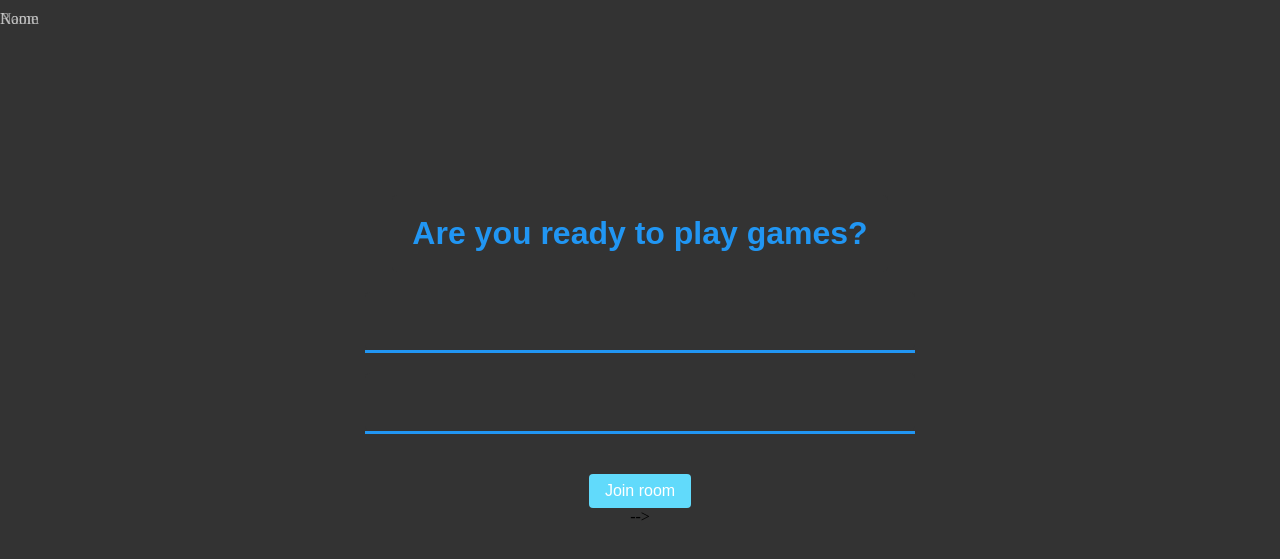
Repository: rektyyy/henhouse
Page: client/index.html
An editor plug-in stored every save of this project. The page is shown before and after the next save, followed by the edit.
The browser window is 1280 px wide. The pictures show the whole page.

Above is the page before, as saved 2023-12-30 10:30:02.

### client/index.html
<!DOCTYPE html>
<html lang="en">

<head>
    <meta name="viewport" content="width=device-width, initial-scale=1.0">
    <title>Cool Start Page</title>
    <link rel="stylesheet" type="text/css" href="styles_index.css">
</head>

<body>
    <h1>Are you ready to play games?</h1>
    <div class="centered">
        <div class="group1">
            <input type="text" id="name" required>
            <label for="name">Name</label>
            <div class="bar"></div>
        </div>
    </div>


    <div class="centered">
        <div class="group2">
            <input type="text" id="room" required>
            <label for="name">Room</label>
            <div class="bar"></div>
        </div>
    </div>
    <button id="button_room" type="submit">Join room</button> -->

    <script type="text/javascript" src="index.js"></script>
</body>

</html>

### client/styles_index.css
* {
  box-sizing: border-box;
}

body {
  background: #333;
  display: flex;
  flex-direction: column;
  align-items: center;
  justify-content: center;
  min-height: 100vh;
  margin: 0;
  padding: 0;
}

h1 {
  font-family: "Arial", sans-serif;
  text-align: center;
  color: #2196f3;
  padding: 20px;
  background-color: #333;
  margin-top: 0;
  margin-bottom: 20px;
  border-radius: 5px;
}

button {
  padding: 0.5rem 1rem;
  font-size: 1rem;
  border: none;
  border-radius: 0.25rem;
  background-color: #61dafb;
  color: #fff;
  cursor: pointer;
  outline: none;
  margin-top: 20px;
}

button:hover {
  background-color: #4fa3d1;
}

.centered {
  width: 100%;
  max-width: 550px;
  margin-bottom: 20px;
}

.group {
  width: 100%;
  margin-bottom: 10px;
  position: relative;
}

label {
  color: rgba(255, 255, 255, 0.5);
  font-size: 1rem;
  position: absolute;
  top: 10px;
  left: 0;
  transition: 0.25s ease;
}

input {
  width: 100%;
  padding: 20px 10px;
  border: none;
  border-radius: 5px;
  color: white;
  background: #333;
  font-size: 1rem;
  margin-bottom: 5px;
}

input:focus {
  outline: none;
}

input:focus + label,
input:valid + label {
  top: -20px;
  font-size: 0.8rem;
  color: #2196f3;
}

.bar {
  height: 3px;
  background: #2196f3;
  margin-top: -5px;
}

### client/index.js
const input_room = document.getElementById('input_room');
const button_room = document.getElementById('button_room');

// Joins room
button_room.addEventListener('click', () => {
    if (input_room.value) {
        currentRoomId = input_room.value;
        input_room.value = '';
        window.location.href = `/game.html?room=${currentRoomId}`;
    }
});

After the next save:
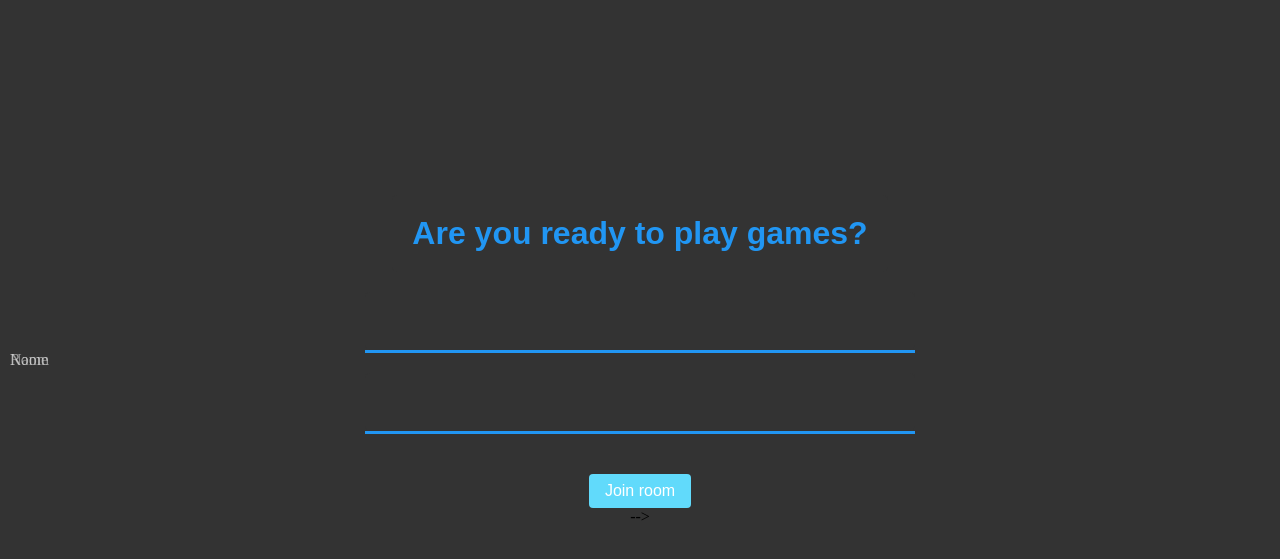
Saved 2 min 34 s later.
--- a/client/styles_index.css
+++ b/client/styles_index.css
@@ -56,21 +56,24 @@ label {
   color: rgba(255, 255, 255, 0.5);
   font-size: 1rem;
   position: absolute;
-  top: 10px;
-  left: 0;
+  top: 50%; /* Center vertically */
+  left: 10px; /* Align with the input text padding */
+  transform: translateY(-50%); /* Ensure exact vertical centering */
   transition: 0.25s ease;
 }
 
 input {
   width: 100%;
-  padding: 20px 10px;
+  padding: 20px 10px; /* Match this padding value with label's left value */
   border: none;
   border-radius: 5px;
   color: white;
   background: #333;
   font-size: 1rem;
   margin-bottom: 5px;
+  position: relative; /* Add relative positioning */
 }
+
 
 input:focus {
   outline: none;
